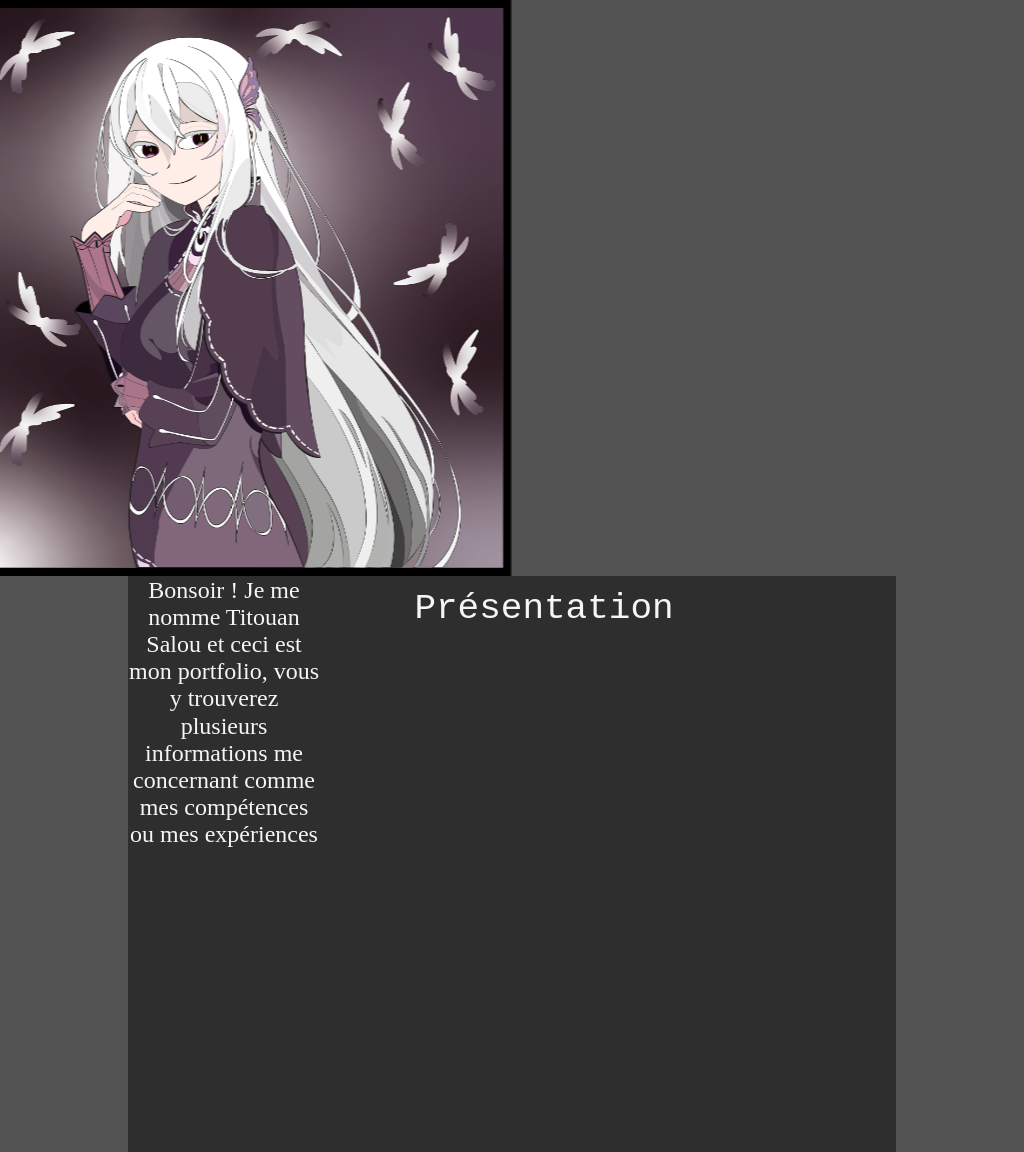
Repository: Mini-T/portfolio
Page: cv.html
An editor plug-in stored every save of this project. The page is shown before and after the next save, followed by the edit.
The browser window is 1280 px wide. The pictures show the whole page, at 80% of full size.
After loading, the first visible `#btnpresentation` was clicked once.

Above is the page before, as saved 2021-10-06 00:00:36.

After the next save:
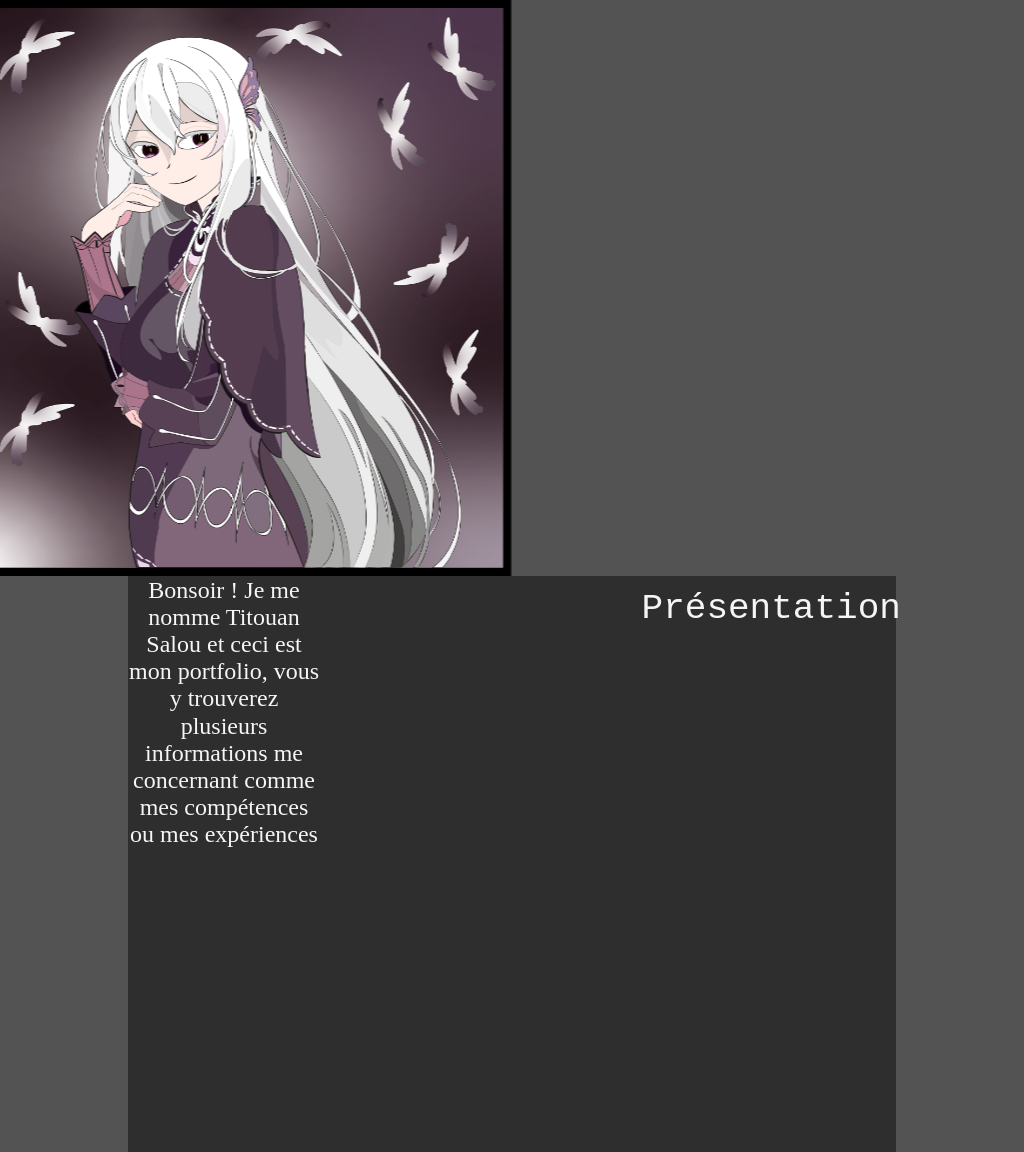
Saved 10 s later.
--- a/cv.css
+++ b/cv.css
@@ -165,7 +165,7 @@
   font-family: "Courier New", Courier, monospace;
 }
 .zoom {
-  left: 40%;
+  margin-left: 40%;
   position: absolute;
   justify-self: center;
   font-size: 45px;
